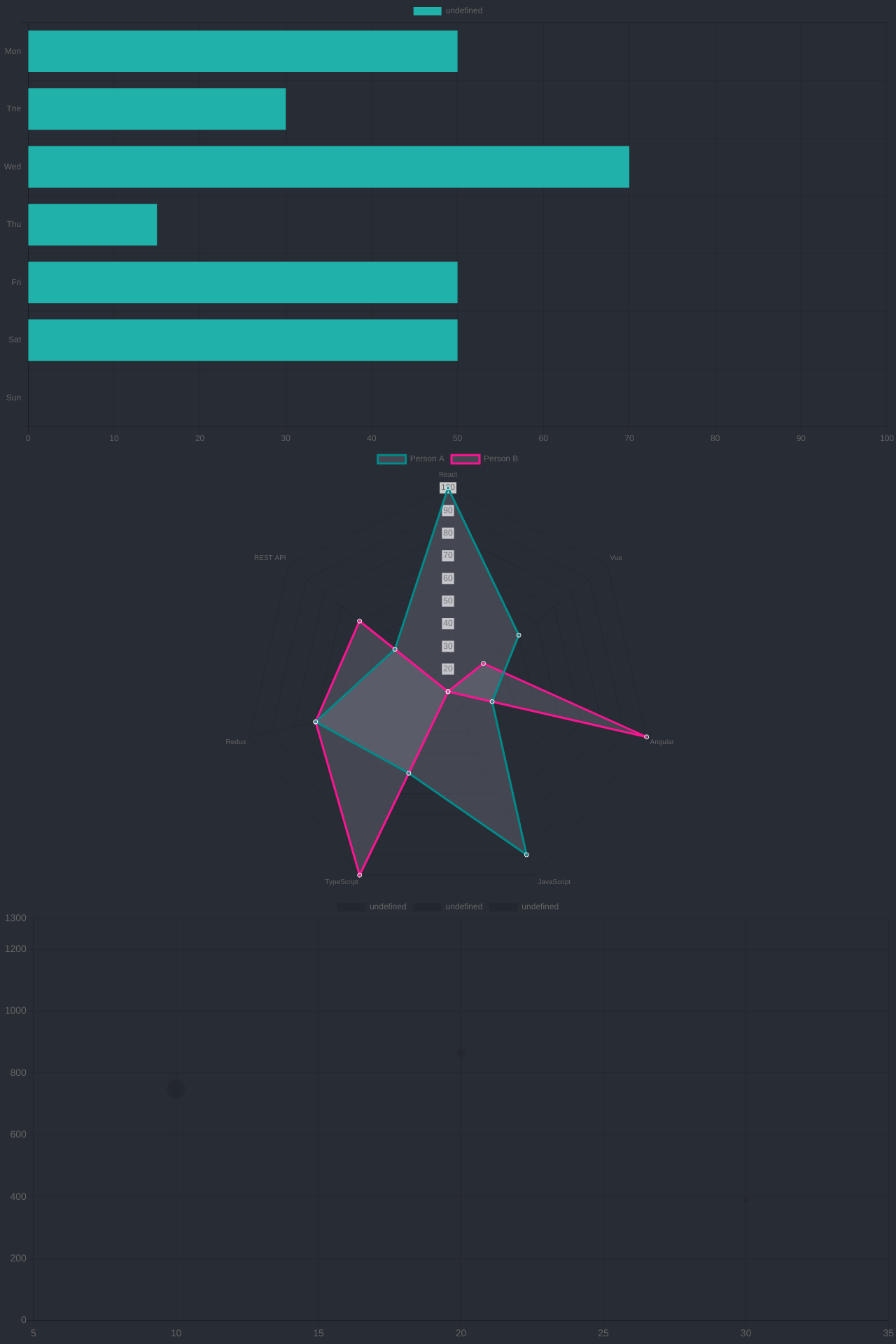
Repository: ShunsukeTanizaki/COVID19-Live
Page: /
An editor plug-in stored every save of this project. The page is shown before and after the next save, followed by the edit.
The browser window is 1280 px wide. The pictures show the part of the page from y = 2560 to 4480 px (the page is 4480 px tall), at 70% of full size.
The project was rebuilt for these pictures with package versions that can differ from the ones it lists, and the page was loaded fresh each time.

Above is the page before, as saved 2020-11-06 00:52:27.

After the next save:
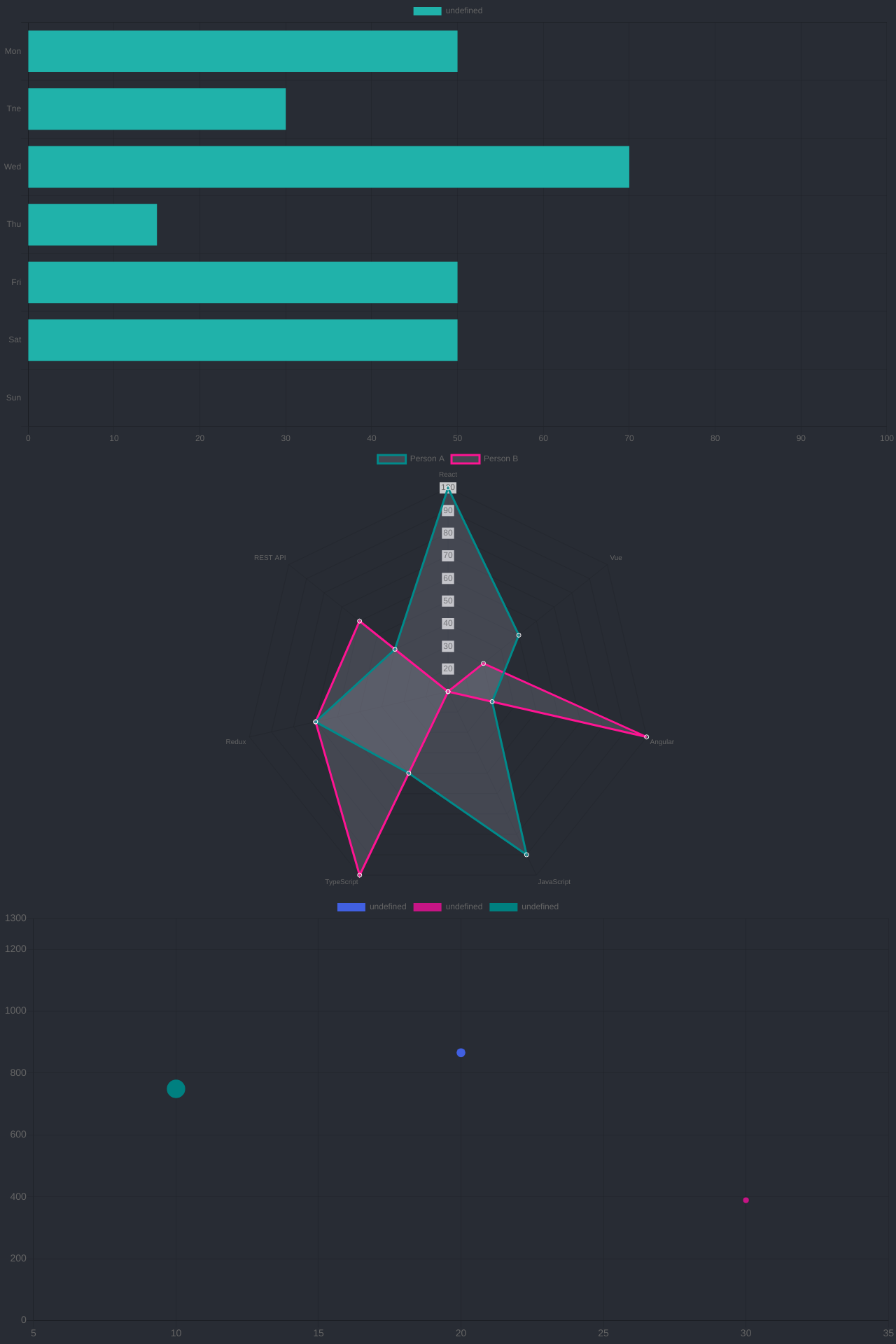
Saved 106 s later.
--- a/src/components/BubblePlot.tsx
+++ b/src/components/BubblePlot.tsx
@@ -5,19 +5,19 @@ const data = {
     datasets: [
         {
             babel: "React",
-            backgloundColor: "#4160e1",
+            backgroundColor: "#4160e1",
             borderColor: "transparent",
             data: [{ x: 20, y: 866, r: 635000 / 100000 }]
         },
         {
             babel: "Angular",
-            backgloundColor: "#c71585",
+            backgroundColor: "#c71585",
             borderColor: "transparent",
             data: [{ x: 30, y: 389, r: 410000 / 100000 }]
         },
         {
             babel: "Vue",
-            backgloundColor: "#008080",
+            backgroundColor: "#008080",
             borderColor: "transparent",
             data: [{ x: 10, y: 749, r: 1320000 / 100000 }]
         }
